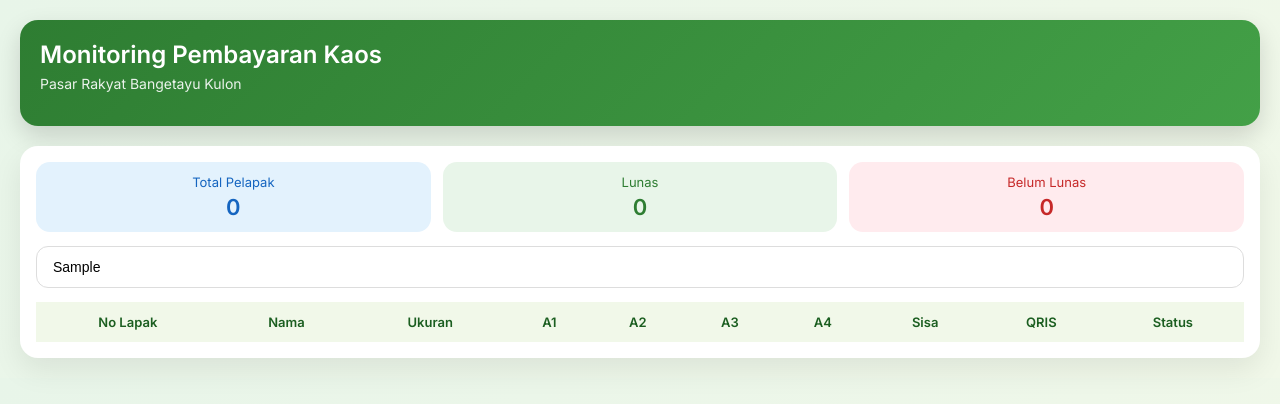
Repository: pasarrakyatbak/monitoringpembayarankaos
Page: index.html
The author's editor kept a copy of each file at every save. The page is drawn from the files as they stood at one save, then again after the next save.
The browser window is 1280 px wide. The pictures show the whole page.
Empty fields were first filled with sample values (such as "Sample", 5 or name@example.com).
After loading, the first visible `#searchInput` was changed once.
The page's requests for data from a server got no answer.

Above is the page before, as saved 2026-01-04 13:53:47.

### index.html
<!DOCTYPE html>
<html lang="id">

<head>
    <meta charset="UTF-8">
    <meta name="viewport" content="width=device-width, initial-scale=1.0">
    <title>Monitoring Pembayaran Kaos</title>

    <!-- FONT -->
    <link rel="preconnect" href="https://fonts.googleapis.com">
    <link rel="preconnect" href="https://fonts.gstatic.com" crossorigin>
    <link href="https://fonts.googleapis.com/css2?family=Inter:wght@400;500;600&display=swap" rel="stylesheet">

    <link rel="stylesheet" href="style.css">
</head>

<body>

    <div class="app">

        <!-- HEADER -->
        <header class="header">
            <h1>Monitoring Pembayaran Kaos</h1>
            <p>Pasar Rakyat Bangetayu Kulon</p>
        </header>

        <!-- CARD -->
        <div class="card">

            <!-- RINGKASAN -->
            <div class="summary" id="summary">
                <div class="summary-card total">
                    <span>Total Pelapak</span>
                    <strong id="totalPelapak">0</strong>
                </div>
                <div class="summary-card lunas">
                    <span>Lunas</span>
                    <strong id="totalLunas">0</strong>
                </div>
                <div class="summary-card belum">
                    <span>Belum Lunas</span>
                    <strong id="totalBelum">0</strong>
                </div>
            </div>

            <!-- TOOLBAR -->
            <div class="toolbar">
                <input type="text" id="searchInput" placeholder="🔍 Cari No Lapak / Nama Pelapak">
            </div>

            <!-- DESKTOP TABLE -->
            <div class="desktop-view">
                <table>
                    <thead>
                        <tr>
                            <th>No Lapak</th>
                            <th>Nama</th>
                            <th>Ukuran</th>
                            <th>A1</th>
                            <th>A2</th>
                            <th>A3</th>
                            <th>A4</th>
                            <th>Sisa</th>
                            <th>QRIS</th>
                            <th>Status</th>
                        </tr>
                    </thead>
                    <tbody id="tableBody"></tbody>
                </table>
            </div>

            <!-- MOBILE CARD -->
            <div class="mobile-view" id="cardContainer"></div>

        </div>

    </div>

    <script src="script.js"></script>
</body>

</html>

### style.css
* {
  box-sizing: border-box;
}

body {
  margin: 0;
  font-family: 'Inter', sans-serif;
  background: linear-gradient(135deg, #e8f5e9, #f1f8e9);
}

.app {
  max-width: 1400px;
  margin: auto;
  padding: 20px;
}

/* ================= HEADER ================= */
.header {
  background: linear-gradient(135deg, #2e7d32, #43a047);
  color: #fff;
  padding: 20px;
  border-radius: 18px;
  box-shadow: 0 10px 25px rgba(0, 0, 0, .15);
}

.header h1 {
  margin: 0;
  font-size: 24px;
}

.header p {
  margin-top: 6px;
  opacity: .9;
  font-size: 14px;
}

/* ================= CARD ================= */
.card {
  margin-top: 20px;
  background: #fff;
  border-radius: 18px;
  padding: 16px;
  box-shadow: 0 12px 30px rgba(0, 0, 0, .08);
}

/* ================= SUMMARY ================= */
.summary {
  display: grid;
  grid-template-columns: repeat(3, 1fr);
  gap: 12px;
  margin-bottom: 14px;
}

.summary-card {
  background: #f5f5f5;
  border-radius: 14px;
  padding: 12px;
  text-align: center;
  font-size: 13px;
}

.summary-card strong {
  display: block;
  font-size: 22px;
  margin-top: 4px;
}

.summary-card.total {
  background: #e3f2fd;
  color: #1565c0;
}

.summary-card.lunas {
  background: #e8f5e9;
  color: #2e7d32;
}

.summary-card.belum {
  background: #ffebee;
  color: #c62828;
}

/* ================= TOOLBAR ================= */
.toolbar input {
  width: 100%;
  padding: 12px 16px;
  border-radius: 12px;
  border: 1px solid #ddd;
  font-size: 14px;
}

.toolbar input:focus {
  outline: none;
  border-color: #2e7d32;
}

/* ================= TABLE ================= */
.desktop-view {
  overflow-x: auto;
}

table {
  width: 100%;
  border-collapse: collapse;
  margin-top: 14px;
  min-width: 1000px;
}

thead th {
  background: #f1f8e9;
  color: #1b5e20;
  padding: 12px;
  font-size: 13px;
  position: sticky;
  top: 0;
}

tbody td {
  padding: 12px;
  font-size: 13px;
  text-align: center;
  border-bottom: 1px solid #eee;
}

tbody tr:hover {
  background: #fafafa;
}

/* 🔴 AUTO MERAH BELUM LUNAS */
tr.belum-lunas {
  background: #ffebee !important;
}

tr.belum-lunas:hover {
  background: #ffcdd2 !important;
}

/* ================= BADGE ================= */
.badge {
  padding: 4px 10px;
  border-radius: 20px;
  font-size: 12px;
  font-weight: 600;
}

.badge-lunas {
  background: #e8f5e9;
  color: #2e7d32;
}

.badge-belum {
  background: #fff3e0;
  color: #ef6c00;
}

.badge-yes {
  background: #e3f2fd;
  color: #1565c0;
}

.badge-no {
  background: #fce4ec;
  color: #c2185b;
}

/* ================= MOBILE CARD ================= */
.mobile-view {
  display: none;
  margin-top: 16px;
  gap: 14px;
}

.pelapak-card {
  background: #fff;
  border-radius: 16px;
  padding: 14px;
  box-shadow: 0 8px 20px rgba(0, 0, 0, .08);
  border-left: 6px solid #2e7d32;
}

/* 🔴 CARD MERAH BELUM LUNAS */
.pelapak-card.belum-lunas {
  border-left-color: #c62828;
  background: #fff5f5;
}

.pelapak-header {
  display: flex;
  justify-content: space-between;
  align-items: center;
}

.lapak {
  font-weight: 600;
  color: #1b5e20;
}

.nama {
  font-size: 13px;
  color: #555;
}

.pelapak-body {
  margin-top: 10px;
  display: grid;
  grid-template-columns: repeat(2, 1fr);
  gap: 8px;
}

.item {
  background: #f1f8e9;
  border-radius: 10px;
  padding: 8px;
  text-align: center;
  font-size: 12px;
}

.item span {
  display: block;
  font-size: 11px;
  color: #666;
}

/* ================= RESPONSIVE ================= */
@media (max-width: 768px) {

  .desktop-view {
    display: none;
  }

  .mobile-view {
    display: grid;
    grid-template-columns: 1fr;
    gap: 16px;
  }

  .summary {
    grid-template-columns: 1fr;
  }

  .lapak {
    font-size: 16px;
  }

  .nama {
    font-size: 14px;
  }

  .pelapak-body {
    font-size: 13px;
  }

  .item.full {
    grid-column: span 2;
  }

  .item strong {
    font-weight: 600;
    color: #2e7d32;
  }
}

### script.js
const API_URL = "https://script.google.com/macros/s/AKfycby4z2qZ24SrJkcyGpybH29lSUC_3_z1LG-7wSmTzpaOEXrwjXf0Cl3hqkg95qAxPj1-/exec";

let allData = [];

document.addEventListener('DOMContentLoaded', () => {
    const searchInput = document.getElementById('searchInput');
    const tableBody = document.getElementById('tableBody');
    const cardContainer = document.getElementById('cardContainer');

    // =============================
    // LOAD DATA
    // =============================
    async function loadData() {
        const res = await fetch(API_URL + "?action=list");
        const data = await res.json();
        allData = data;
        renderAll(data);
    }

    // =============================
    // RENDER TABLE + CARD
    // =============================
    function renderAll(data) {
        renderTable(data);
        renderCard(data);
    }

    // =============================
    // TABLE (DESKTOP)
    // =============================
    function renderTable(data) {
        tableBody.innerHTML = '';

        data.forEach((row, index) => {
            const statusText = row.lunas ? 'Lunas' : 'Belum';
            const statusBadge = row.lunas ? 'badge-lunas' : 'badge-belum';

            tableBody.innerHTML += `
        <tr>
          <td>${row.noLapak}</td>
          <td>${row.nama}</td>
          <td>${row.ukuran}</td>
          <td>${row.a1}</td>
          <td>${row.a2}</td>
          <td>${row.a3}</td>
          <td>${row.a4}</td>
          <td>Rp ${Number(row.total).toLocaleString('id-ID')}</td>
          <td>
            <input type="checkbox"
              ${row.qris ? 'checked' : ''}
              data-index="${index}">
          </td>
          <td>
            <span class="badge ${statusBadge}">${statusText}</span>
          </td>
        </tr>
      `;
        });
    }

    // =============================
    // CARD (MOBILE)
    // =============================
    function renderCard(data) {
        cardContainer.innerHTML = '';

        data.forEach((row, index) => {
            const statusText = row.lunas ? 'Lunas' : 'Belum';
            const statusBadge = row.lunas ? 'badge-lunas' : 'badge-belum';

            cardContainer.innerHTML += `
      <div class="pelapak-card">
        <div class="pelapak-header">
          <div>
            <div class="lapak">Lapak ${row.noLapak}</div>
            <div class="nama">${row.nama}</div>
          </div>
          <span class="badge ${statusBadge}">${statusText}</span>
        </div>

        <div class="pelapak-body">
          <div class="item">
            <span>Ukuran</span>
            <strong>${row.ukuran}</strong>
          </div>

          <div class="item">
            <span>QRIS</span>
            <input type="checkbox"
              ${row.qris ? 'checked' : ''}
              data-index="${index}">
          </div>

          <div class="item">
            <span>Angsuran 1</span>
            <strong>${row.a1}</strong>
          </div>

          <div class="item">
            <span>Angsuran 2</span>
            <strong>${row.a2}</strong>
          </div>

          <div class="item">
            <span>Angsuran 3</span>
            <strong>${row.a3}</strong>
          </div>

          <div class="item">
            <span>Angsuran 4</span>
            <strong>${row.a4}</strong>
          </div>

          <div class="item full">
            <span>Total Tagihan</span>
            <strong>Rp ${Number(row.total).toLocaleString('id-ID')}</strong>
          </div>
        </div>
      </div>
    `;
        });
    }


    // =============================
    // UPDATE QRIS (TABLE & CARD)
    // =============================
    document.body.addEventListener('change', async (e) => {
        if (e.target.type === 'checkbox' && e.target.dataset.index !== undefined) {
            const index = e.target.dataset.index;

            const formData = new FormData();
            formData.append("action", "updateQRIS");
            formData.append("index", index);
            formData.append("qris", e.target.checked ? "true" : "false");

            await fetch(API_URL, {
                method: "POST",
                body: formData
            });

            loadData();
        }
    });

    // =============================
    // SEARCH (REALTIME)
    // =============================
    searchInput.addEventListener('keyup', () => {
        const keyword = searchInput.value.toLowerCase();

        const filtered = allData.filter(item =>
            item.noLapak.toString().toLowerCase().includes(keyword) ||
            item.nama.toLowerCase().includes(keyword)
        );

        renderAll(filtered);
    });

    loadData();
});

After the next save:
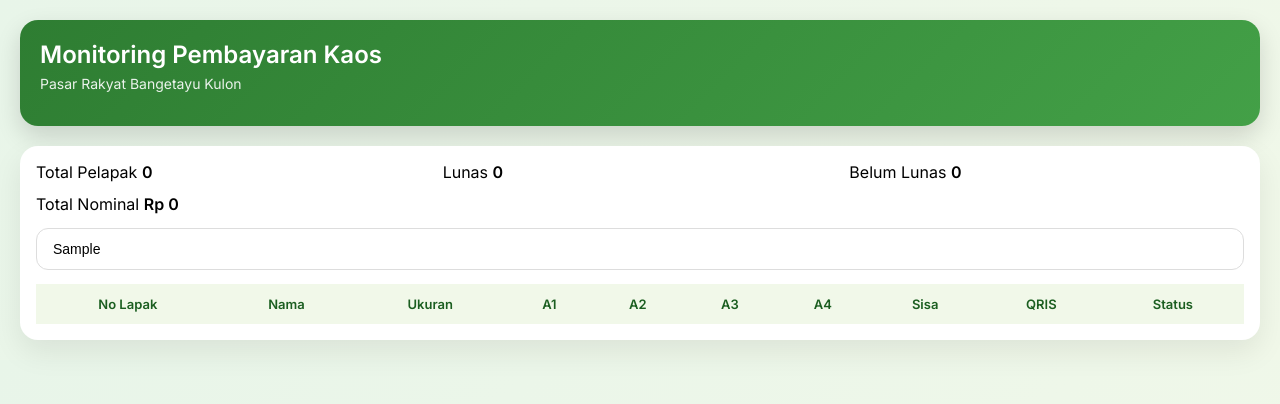
Saved 83 s later.
--- a/script.js
+++ b/script.js
@@ -6,6 +6,7 @@ document.addEventListener('DOMContentLoaded', () => {
     const searchInput = document.getElementById('searchInput');
     const tableBody = document.getElementById('tableBody');
     const cardContainer = document.getElementById('cardContainer');
+    const summary = document.getElementById('summary');
 
     // =============================
     // LOAD DATA
@@ -15,10 +16,40 @@ document.addEventListener('DOMContentLoaded', () => {
         const data = await res.json();
         allData = data;
         renderAll(data);
+        renderSummary(data);
     }
 
     // =============================
-    // RENDER TABLE + CARD
+    // SUMMARY
+    // =============================
+    function renderSummary(data) {
+        const totalPelapak = data.length;
+        const lunas = data.filter(d => d.lunas).length;
+        const belum = totalPelapak - lunas;
+        const totalNominal = data.reduce((sum, d) => sum + Number(d.total), 0);
+
+        summary.innerHTML = `
+      <div class="summary-box">
+        <span>Total Pelapak</span>
+        <strong>${totalPelapak}</strong>
+      </div>
+      <div class="summary-box">
+        <span>Lunas</span>
+        <strong>${lunas}</strong>
+      </div>
+      <div class="summary-box">
+        <span>Belum Lunas</span>
+        <strong>${belum}</strong>
+      </div>
+      <div class="summary-box">
+        <span>Total Nominal</span>
+        <strong>Rp ${totalNominal.toLocaleString('id-ID')}</strong>
+      </div>
+    `;
+    }
+
+    // =============================
+    // RENDER ALL
     // =============================
     function renderAll(data) {
         renderTable(data);
@@ -34,9 +65,10 @@ document.addEventListener('DOMContentLoaded', () => {
         data.forEach((row, index) => {
             const statusText = row.lunas ? 'Lunas' : 'Belum';
             const statusBadge = row.lunas ? 'badge-lunas' : 'badge-belum';
+            const rowClass = row.lunas ? '' : 'belum-lunas';
 
             tableBody.innerHTML += `
-        <tr>
+        <tr class="${rowClass}">
           <td>${row.noLapak}</td>
           <td>${row.nama}</td>
           <td>${row.ukuran}</td>
@@ -46,9 +78,7 @@ document.addEventListener('DOMContentLoaded', () => {
           <td>${row.a4}</td>
           <td>Rp ${Number(row.total).toLocaleString('id-ID')}</td>
           <td>
-            <input type="checkbox"
-              ${row.qris ? 'checked' : ''}
-              data-index="${index}">
+            <input type="checkbox" ${row.qris ? 'checked' : ''} data-index="${index}">
           </td>
           <td>
             <span class="badge ${statusBadge}">${statusText}</span>
@@ -67,63 +97,40 @@ document.addEventListener('DOMContentLoaded', () => {
         data.forEach((row, index) => {
             const statusText = row.lunas ? 'Lunas' : 'Belum';
             const statusBadge = row.lunas ? 'badge-lunas' : 'badge-belum';
+            const cardClass = row.lunas ? '' : 'belum-lunas';
 
             cardContainer.innerHTML += `
-      <div class="pelapak-card">
-        <div class="pelapak-header">
-          <div>
-            <div class="lapak">Lapak ${row.noLapak}</div>
-            <div class="nama">${row.nama}</div>
-          </div>
-          <span class="badge ${statusBadge}">${statusText}</span>
-        </div>
-
-        <div class="pelapak-body">
-          <div class="item">
-            <span>Ukuran</span>
-            <strong>${row.ukuran}</strong>
+        <div class="pelapak-card ${cardClass}">
+          <div class="pelapak-header">
+            <div>
+              <div class="lapak">Lapak ${row.noLapak}</div>
+              <div class="nama">${row.nama}</div>
+            </div>
+            <span class="badge ${statusBadge}">${statusText}</span>
           </div>
 
-          <div class="item">
-            <span>QRIS</span>
-            <input type="checkbox"
-              ${row.qris ? 'checked' : ''}
-              data-index="${index}">
-          </div>
-
-          <div class="item">
-            <span>Angsuran 1</span>
-            <strong>${row.a1}</strong>
-          </div>
-
-          <div class="item">
-            <span>Angsuran 2</span>
-            <strong>${row.a2}</strong>
-          </div>
-
-          <div class="item">
-            <span>Angsuran 3</span>
-            <strong>${row.a3}</strong>
-          </div>
-
-          <div class="item">
-            <span>Angsuran 4</span>
-            <strong>${row.a4}</strong>
-          </div>
-
-          <div class="item full">
-            <span>Total Tagihan</span>
-            <strong>Rp ${Number(row.total).toLocaleString('id-ID')}</strong>
+          <div class="pelapak-body">
+            <div class="item"><span>Ukuran</span><strong>${row.ukuran}</strong></div>
+            <div class="item">
+              <span>QRIS</span>
+              <input type="checkbox" ${row.qris ? 'checked' : ''} data-index="${index}">
+            </div>
+            <div class="item"><span>A1</span><strong>${row.a1}</strong></div>
+            <div class="item"><span>A2</span><strong>${row.a2}</strong></div>
+            <div class="item"><span>A3</span><strong>${row.a3}</strong></div>
+            <div class="item"><span>A4</span><strong>${row.a4}</strong></div>
+            <div class="item full">
+              <span>Total</span>
+              <strong>Rp ${Number(row.total).toLocaleString('id-ID')}</strong>
+            </div>
           </div>
         </div>
-      </div>
-    `;
+      `;
         });
     }
 
-
     // =============================
-    // UPDATE QRIS (TABLE & CARD)
+    // UPDATE QRIS
     // =============================
     document.body.addEventListener('change', async (e) => {
         if (e.target.type === 'checkbox' && e.target.dataset.index !== undefined) {
@@ -134,27 +141,22 @@ document.addEventListener('DOMContentLoaded', () => {
             formData.append("index", index);
             formData.append("qris", e.target.checked ? "true" : "false");
 
-            await fetch(API_URL, {
-                method: "POST",
-                body: formData
-            });
-
+            await fetch(API_URL, { method: "POST", body: formData });
             loadData();
         }
     });
 
     // =============================
-    // SEARCH (REALTIME)
+    // SEARCH
     // =============================
     searchInput.addEventListener('keyup', () => {
         const keyword = searchInput.value.toLowerCase();
-
         const filtered = allData.filter(item =>
-            item.noLapak.toString().toLowerCase().includes(keyword) ||
+            item.noLapak.toString().includes(keyword) ||
             item.nama.toLowerCase().includes(keyword)
         );
-
         renderAll(filtered);
+        renderSummary(filtered);
     });
 
     loadData();
